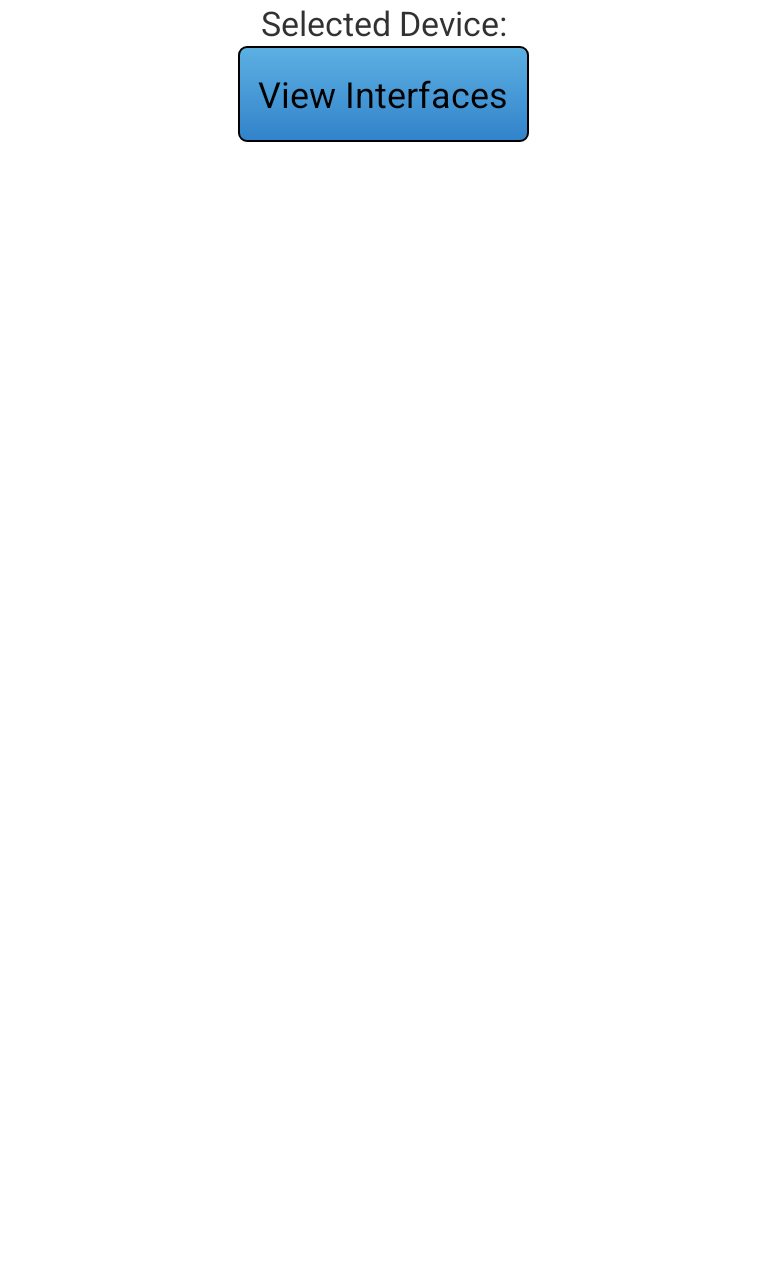
Repository: ArisKots1992/Software-Development
Layout: Anaptiksi Logismikou/Anaptiksi Logismikou/AdminClientApplication/res/layout/second_tab.xml
These files come from the project's save history. The layout is drawn as it stood at one moment and after the next save; the edit follows.
It is drawn on a 768 x 1280 px phone screen (xhdpi) without system bars, with theme AppTheme; the app's code is not run. Lists and similar views that code fills are empty.

Above is the layout before, as saved 2015-01-21 16:32:06.

After the next save:
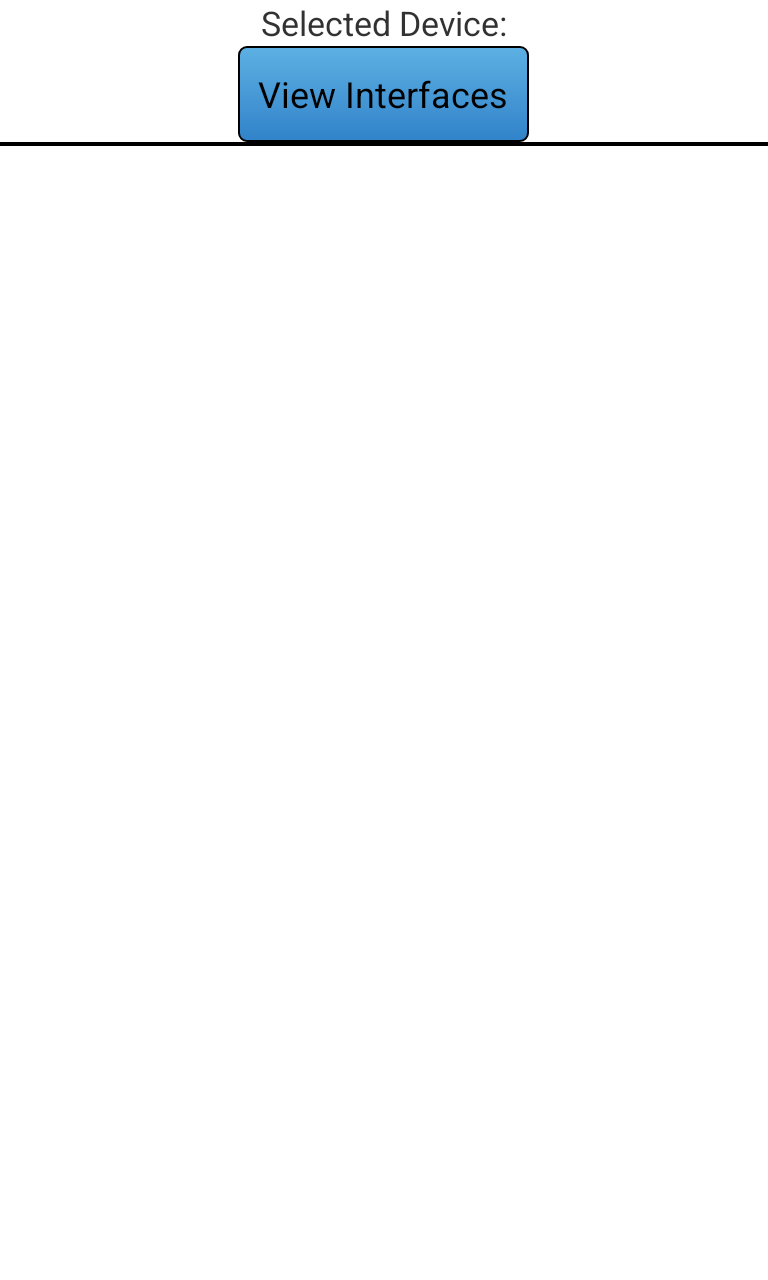
Saved 52 s later.
--- a/Anaptiksi Logismikou/Anaptiksi Logismikou/AdminClientApplication/res/layout/second_tab.xml
+++ b/Anaptiksi Logismikou/Anaptiksi Logismikou/AdminClientApplication/res/layout/second_tab.xml
@@ -18,6 +18,10 @@
         android:layout_height="wrap_content"
         android:text="View Interfaces"
          android:background="@drawable/custom_button" />
+        			<View
+    				android:layout_width="fill_parent"
+    				android:layout_height="2dp"
+    				android:background="#000000" />
     <ListView
         android:id="@+id/listViewInterfaces"
         android:layout_height="wrap_content"
